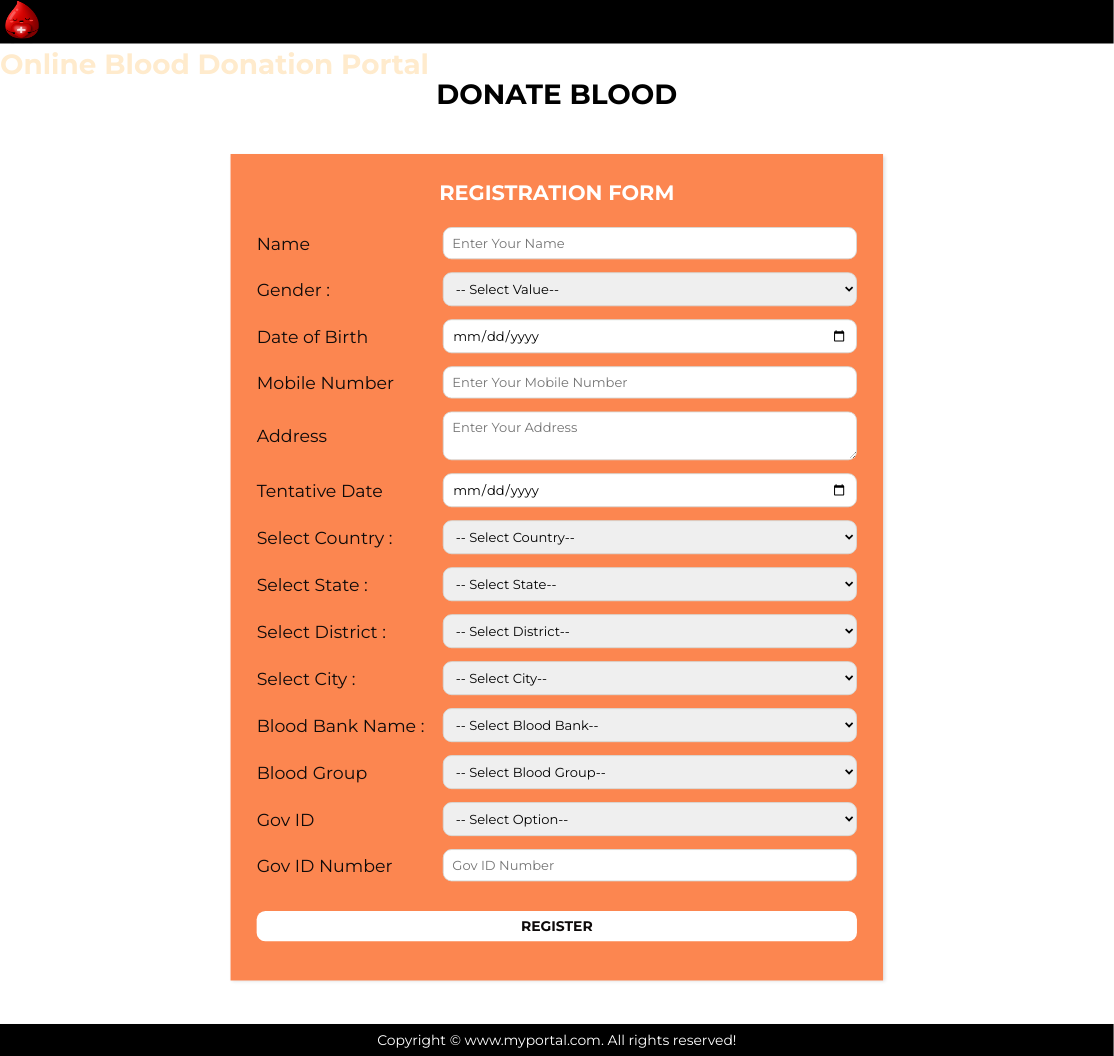
Repository: aditaya-burnwal/blood_donation_portal
Page: Donate Blood/donateblood.html
These files come from the project's save history. The page is drawn as it stood at one moment and after the next save; the edit follows.
The browser window is 1280 px wide. The pictures show the whole page, at 87% of full size.

Above is the page before, as saved 2021-05-16 14:02:17.

After the next save:
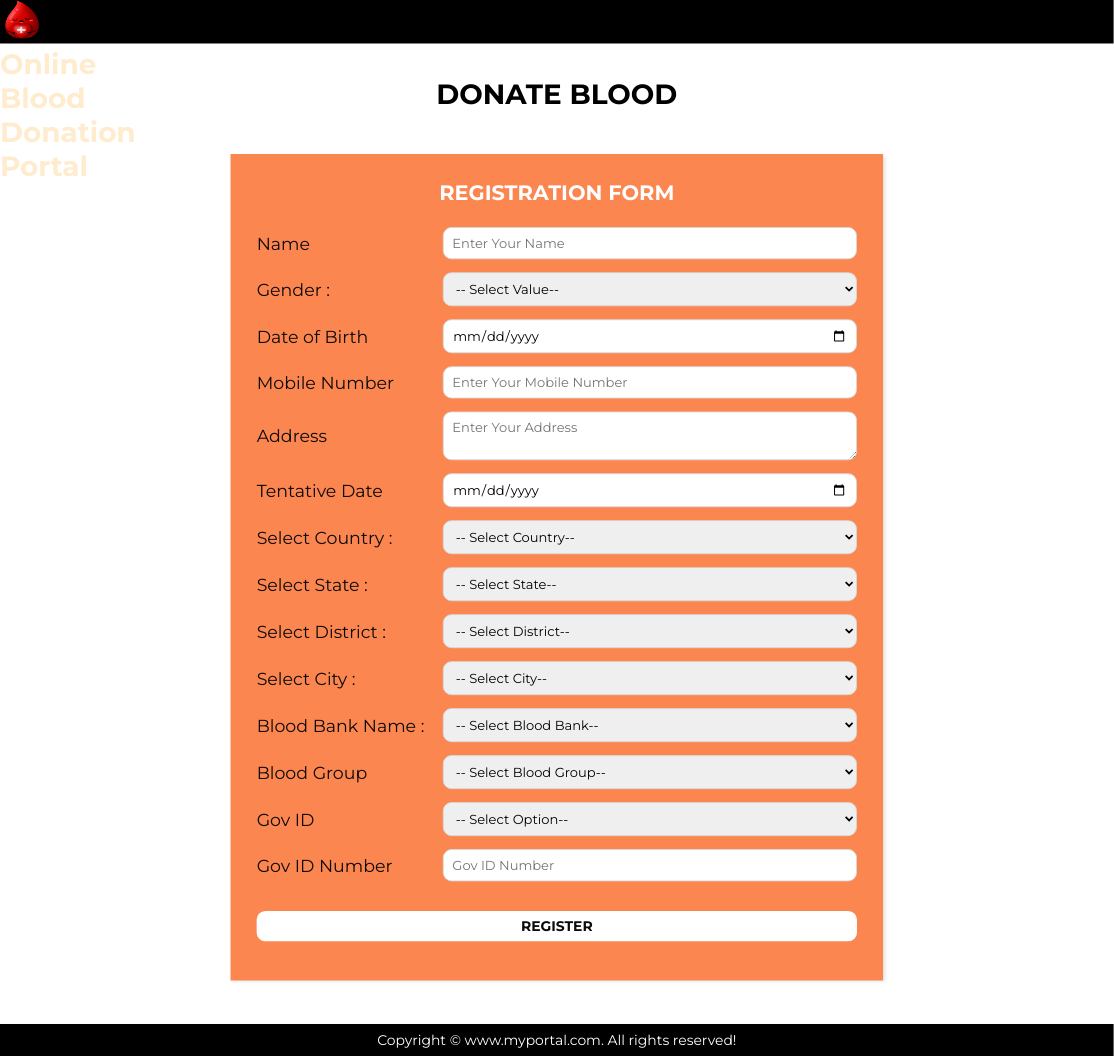
Saved 12 s later.
--- a/Donate Blood/donateblood.css
+++ b/Donate Blood/donateblood.css
@@ -138,7 +138,7 @@
 #title{
     color: blanchedalmond;
     float: center;
-    margin-right: 200px;
+    margin-right: 2000px;
 }
 
 footer{

After the save that followed:
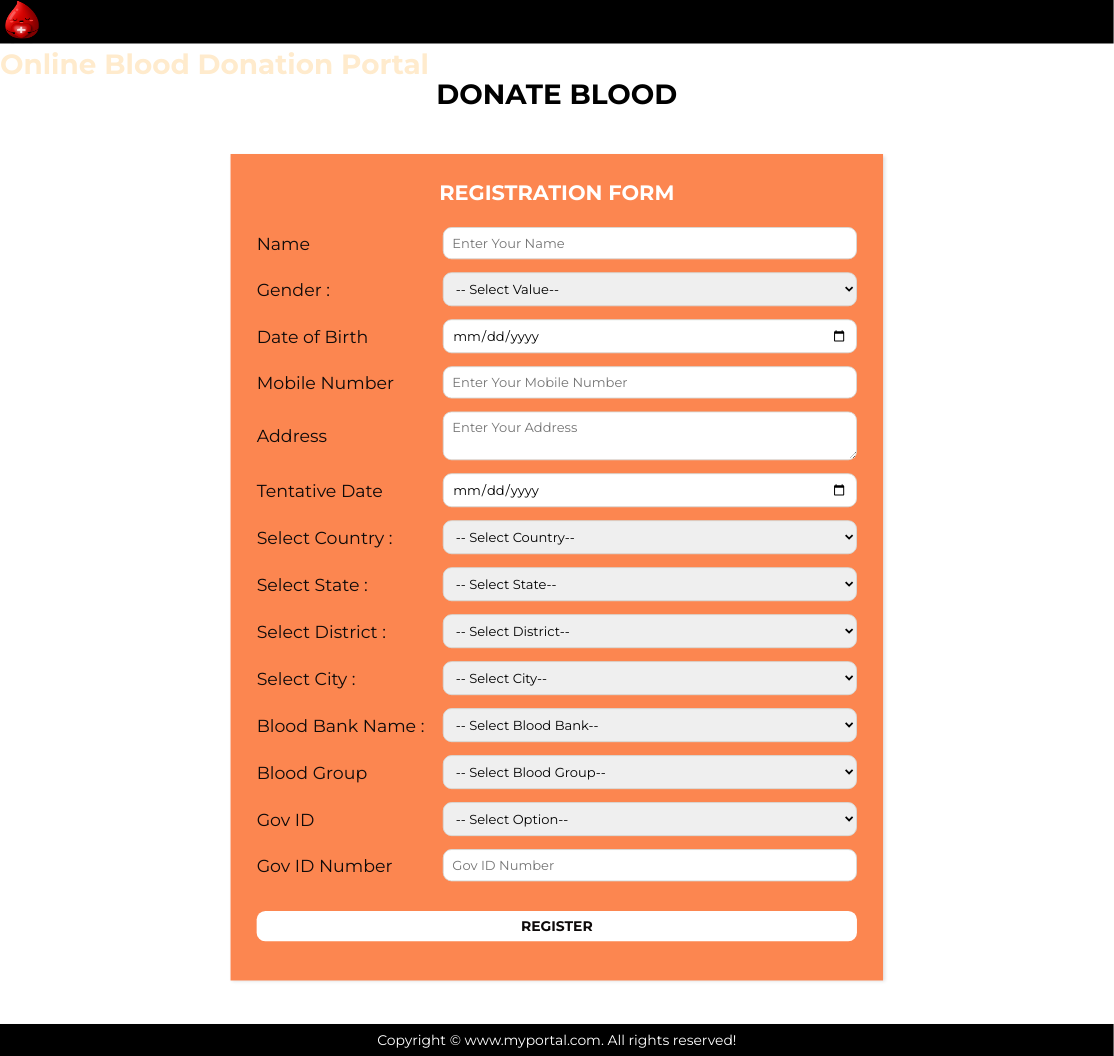
Saved 4 s later.
--- a/Donate Blood/donateblood.css
+++ b/Donate Blood/donateblood.css
@@ -138,7 +138,7 @@
 #title{
     color: blanchedalmond;
     float: center;
-    margin-right: 2000px;
+    margin-right: 200px;
 }
 
 footer{
